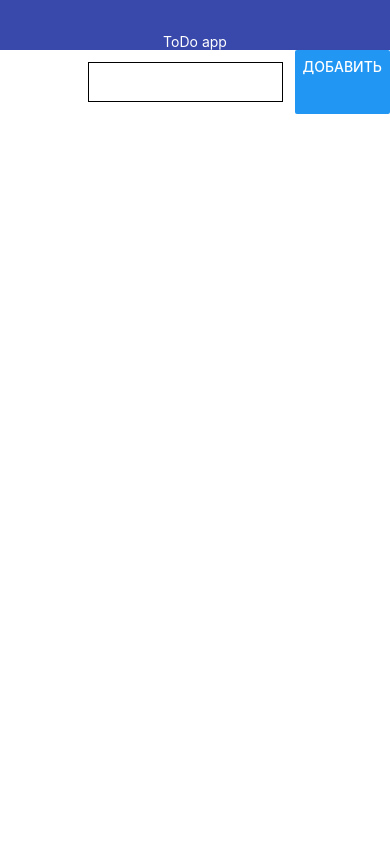
Repository: saint-fons/React-Native-Expo-TypeScript-Hooks
Screen: /, after clicking the first element matching `button.css-view-175oi2r`
An editor plug-in stored every save of this project. The screen is shown before and after the next save, followed by the edit.
The app was drawn by React Native's web renderer in a window 390 px wide. The project was rebuilt for these pictures with package versions that can differ from the ones it lists, and the page was loaded fresh each time.

Above is the screen before, as saved 2021-07-26 17:29:07.

### App.tsx
import { StatusBar } from 'expo-status-bar';
import React from 'react';
import { StyleSheet, View } from 'react-native';
import AddTodo from './components/AddTodo';
import NavBar from './components/NavBar';

export default function App() {
  return (
    <View style={styles.container}>
      <NavBar
        title={"ToDo app"}
      />
      <AddTodo
      />
    </View>
  );
}

const styles = StyleSheet.create({
  container: {

  },
});

### components/AddTodo.tsx
import * as React from 'react';
import { FC } from 'react';
import { View, StyleSheet, Alert, TextInput, Button } from 'react-native';

const AddTodo: FC<any> = ({ }) => {
    return (
        <View style={styles.block}>
            <Button
                title='Добавить'
                onPress={() => Alert.alert('Simple Button pressed')}
            />
            <TextInput
                style={styles.input}
            />
        </View>
    )
}

const styles = StyleSheet.create({
    block: {
        flexDirection: 'row-reverse'
    },
    styleButton: {
        width: "50%"
    },
    input: {
        height: 40,
        margin: 12,
        borderWidth: 1,
        width: "50%"
    },
});


export default AddTodo

### components/NavBar.tsx
import * as React from 'react';
import { FC } from "react";
import { StyleSheet, Text, View } from 'react-native';



const NavBar: FC<any> = ({ title }) => {
    return (
        <View style={styles.navbar}>
            <Text style={styles.text}>
                {title}
            </Text>
        </View>
    )
}

const styles = StyleSheet.create({
    navbar: {
        height: 50,
        alignItems: 'center',
        justifyContent: "flex-end",
        color: '#000',
        backgroundColor: '#3949ab'
    },
    text: {
        color: 'white'
    }
});


export default NavBar

After the next save:
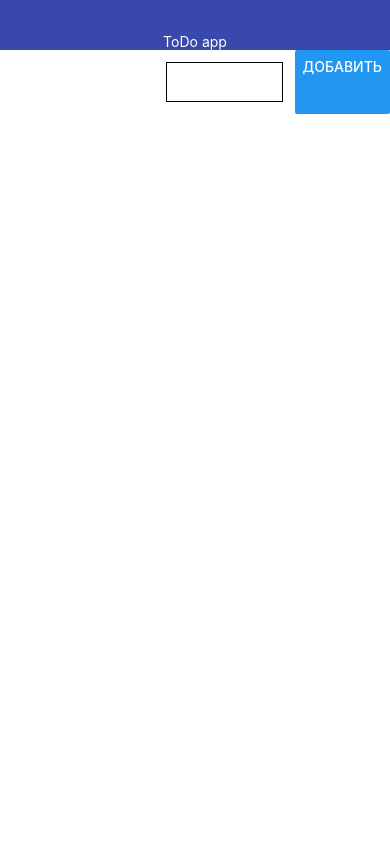
Saved 13 s later.
--- a/components/AddTodo.tsx
+++ b/components/AddTodo.tsx
@@ -27,7 +27,7 @@ const styles = StyleSheet.create({
         height: 40,
         margin: 12,
         borderWidth: 1,
-        width: "50%"
+        width: "30%"
     },
 });
 
